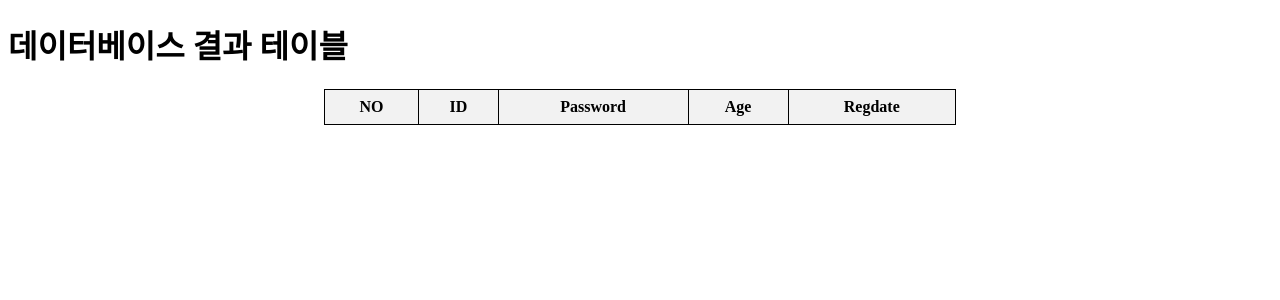
Repository: 2JISUN/hta-lecture-basic
Page: http://localhost/jsp03/list.jsp
These files come from the project's save history. The page is drawn as it stood at one moment and after the next save; the edit follows.
The browser window is 1280 px wide. The pictures show the whole page.
The page is served by Tomcat 10. Queries for data that is not in the repository find no rows.

Above is the page before, as saved 2023-09-15 03:23:48.

After the next save:
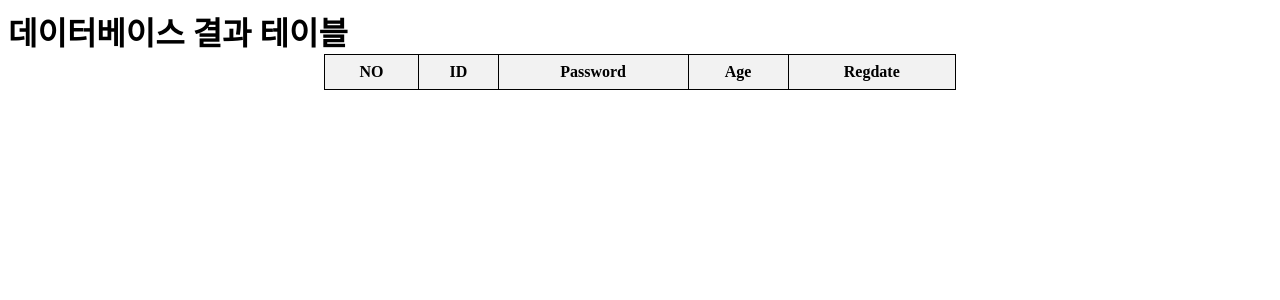
Saved 3 min 45 s later.
--- a/jsp-lecture/jsp03/src/main/webapp/list.jsp
+++ b/jsp-lecture/jsp03/src/main/webapp/list.jsp
@@ -51,6 +51,9 @@
     <meta charset="UTF-8">
     <title>데이터베이스 결과 테이블</title>
     <style>
+    	h1 {
+    	margin: auto;
+    	}
         table {
             border-collapse: collapse;
             width: 50%;
